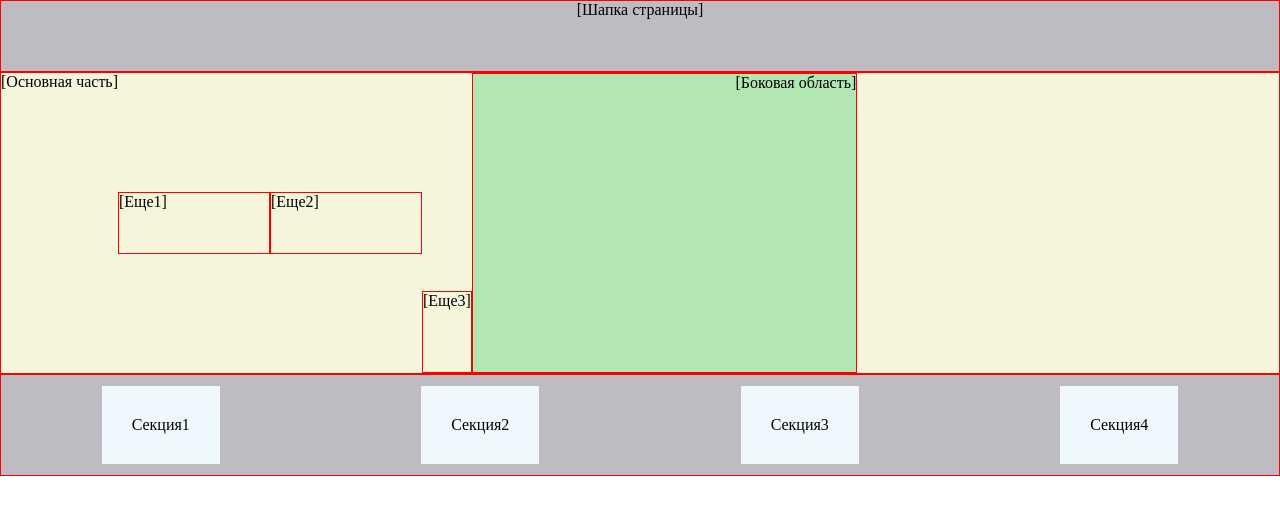
Repository: IrinaGetmanenko/week5
Page: week5/index.html
The author's editor kept a copy of each file at every save. The page is drawn from the files as they stood at one save, then again after the next save.
The browser window is 1280 px wide. The pictures show the whole page.

Above is the page before, as saved 2022-08-28 20:18:17.

### week5/index.html
<!DOCTYPE html>
<html lang="en">
<head>
    <meta charset="UTF-8">
    <meta http-equiv="X-UA-Compatible" content="IE=edge">
    <meta name="viewport" content="width=device-width, initial-scale=1.0">
    <link rel="stylesheet" href="normalize.css">
    <title>Document</title>
    <style>
    .container{
        display: flex;
        justify-content: center;
        flex-wrap: wrap;

    }

    .h1{
        display: flex;
        justify-content: center;
        border: 1px solid red;
        height: 70px;
        background-color: #bfbbc3;
    }

    .container-2{
        display: flex;
        justify-content: row;

        border: 1px solid red;
        background-color: beige;
        height: 300px;
        flex-wrap: wrap;

    }
    .section1{
        display: flex;
        border: 1px solid red;
        align-self: center;
        height: 20%;
        width:  150px;

    }
    .section2{
        display: flex;
        border: 1px solid red;
        align-self: center;
        height: 20%;
        width:  150px;
    }

    .section3{
        display: flex;
        border: 1px solid red;
        align-self: flex-end;
        height: 80px;
        width:  50%x;

    }
    .aside{
        display: flex;
        justify-content: flex-end;
        border: 1px solid red;
        background-color: rgb(178, 231, 178);
        width: 30%;



    }
    .footer{
        display: flex;
        justify-content: space-around;
        border: 1px solid red;
        height: 100px;
        background-color: #bfbbc3;
        flex-wrap: wrap;
    }
.f1{

    align-self: center;
    padding: 30px;
    background-color: aliceblue;


}
.f2{

    align-self: center;
    padding: 30px;
    background-color: aliceblue;
}
.f3{

    align-self: center;
    padding: 30px;
    background-color: aliceblue;
}
.f4{

    align-self: center;
    padding: 30px;
    background-color: aliceblue;
}
    </style>
</head>
<body class="container-1">
    <header class="h1" >[Шапка страницы]</header>

<main>
<main class="container-2">[Основная часть]
<main class="section1">[Eще1]</main>
<main class="section2">[Еще2]</main>
<main class="section3">[Еще3]</main>
<aside class="aside">[Боковая область]</aside>
</main>

</main>

<footer class="footer">
       <footer class="f1">Секция1</footer>
       <footer class="f2">Секция2</footer>
       <footer class="f3">Секция3</footer>
       <footer class="f4">Секция4</footer>
</footer>

</body>
</html>

Loaded but not shown: week5/normalize.css (library)

After the next save:
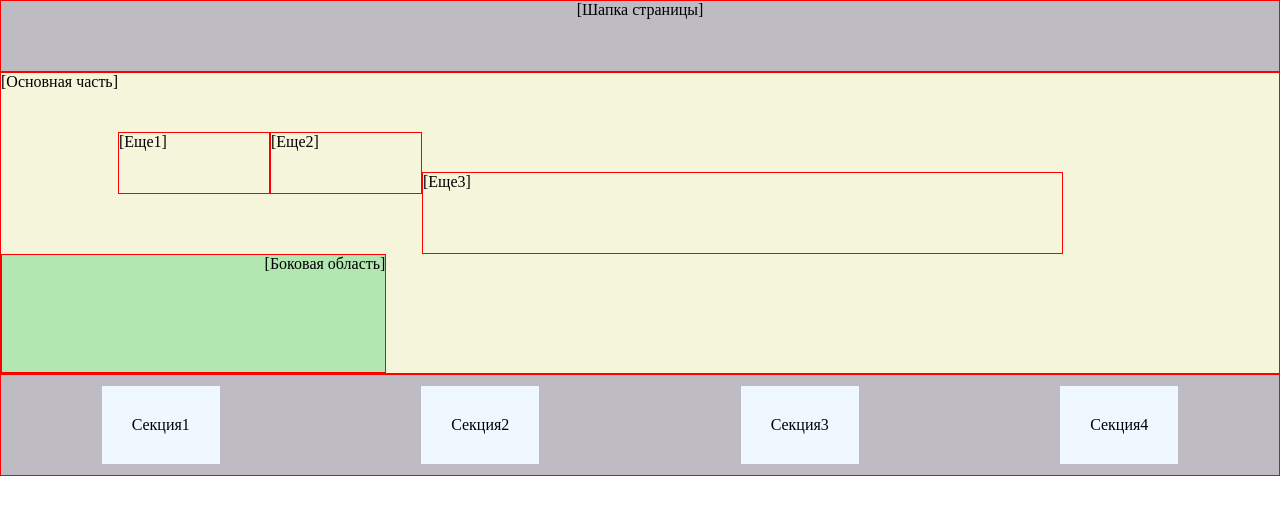
Saved 10 s later.
--- a/week5/index.html
+++ b/week5/index.html
@@ -53,7 +53,7 @@
         border: 1px solid red;
         align-self: flex-end;
         height: 80px;
-        width:  50%x;
+        width:  50%;
 
     }
     .aside{

After the save that followed:
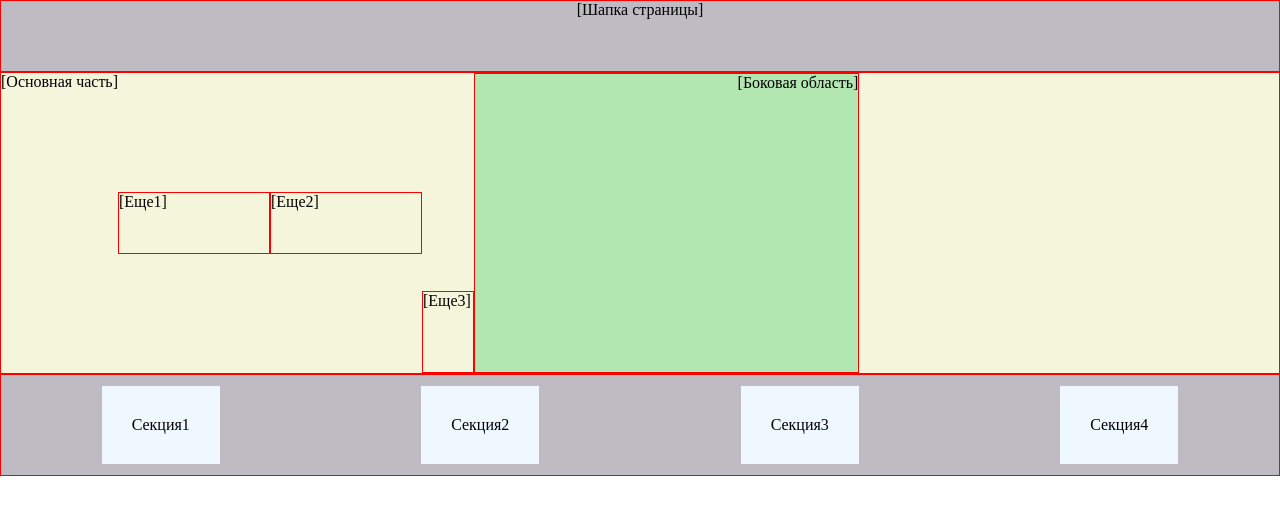
Saved 16 s later.
--- a/week5/index.html
+++ b/week5/index.html
@@ -53,7 +53,7 @@
         border: 1px solid red;
         align-self: flex-end;
         height: 80px;
-        width:  50%;
+        width:  50px;
 
     }
     .aside{
